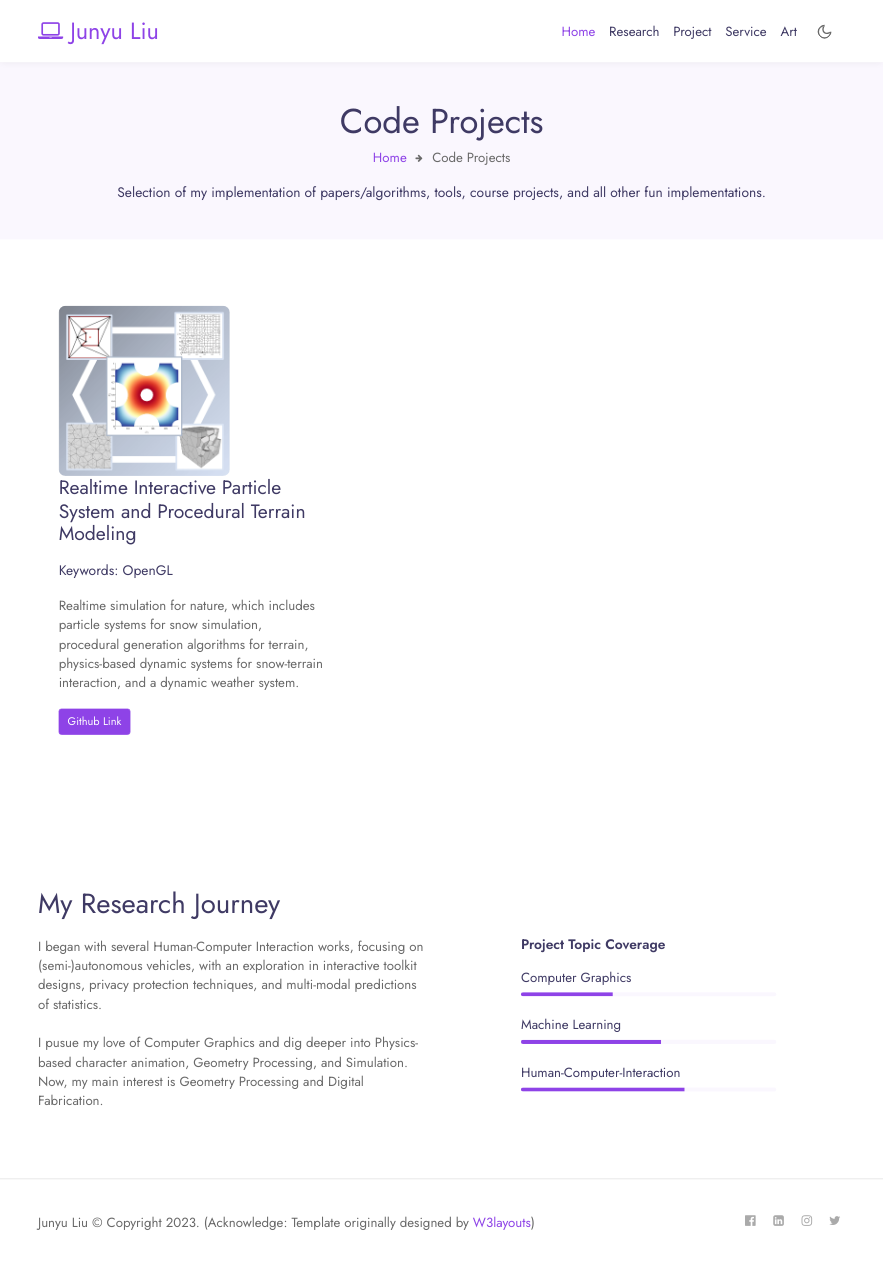
Repository: Junyu-Liu-Nate/junyu-liu-nate.github.io
Page: project.html
The author's editor kept a copy of each file at every save. The page is drawn from the files as they stood at one save, then again after a run of saves.
The browser window is 1280 px wide. The pictures show the whole page, at 69% of full size.

Above is the page before, as saved 2024-04-10 18:10:19.
Console error: TypeError: Cannot read properties of null (reading 'classList')

After the next 2 saves:
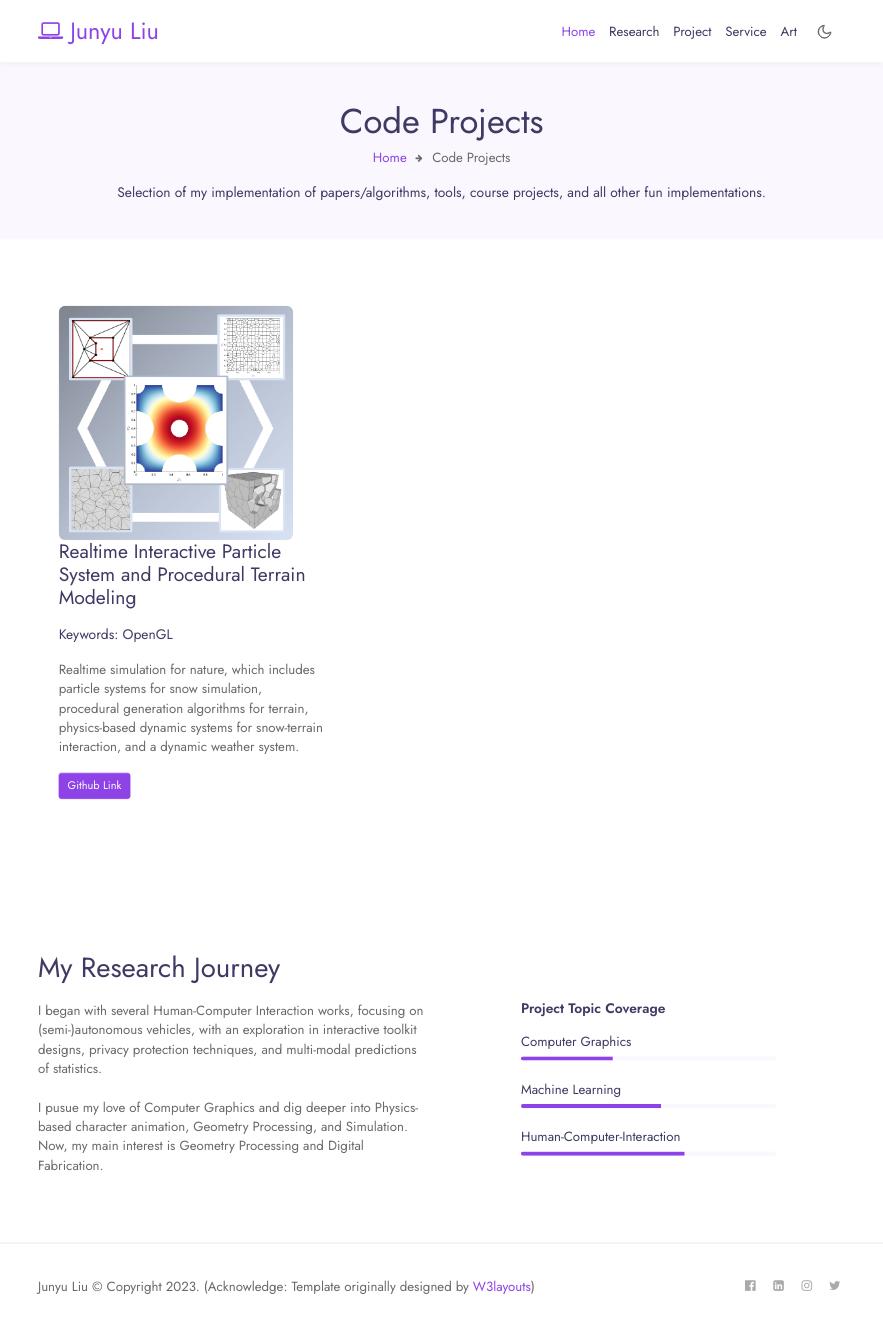
The 2 saves are shown as one change because they came seconds apart.
The last was saved 10 s later.
--- a/project.html
+++ b/project.html
@@ -100,7 +100,7 @@ Author URL: http://w3layouts.com
     <div class="midd-w3 py-5">
         <div class="container py-lg-5 py-md-3">
               <div class="col-6">
-                <div class="col-6">
+                <div class="col-lg-8">
                   <div class="position-relative">
                       <img src="assets/images/project/thumnail/port-FEM-vs-VEM.png" alt="" class="radius-image img-fluid">
                   </div>
